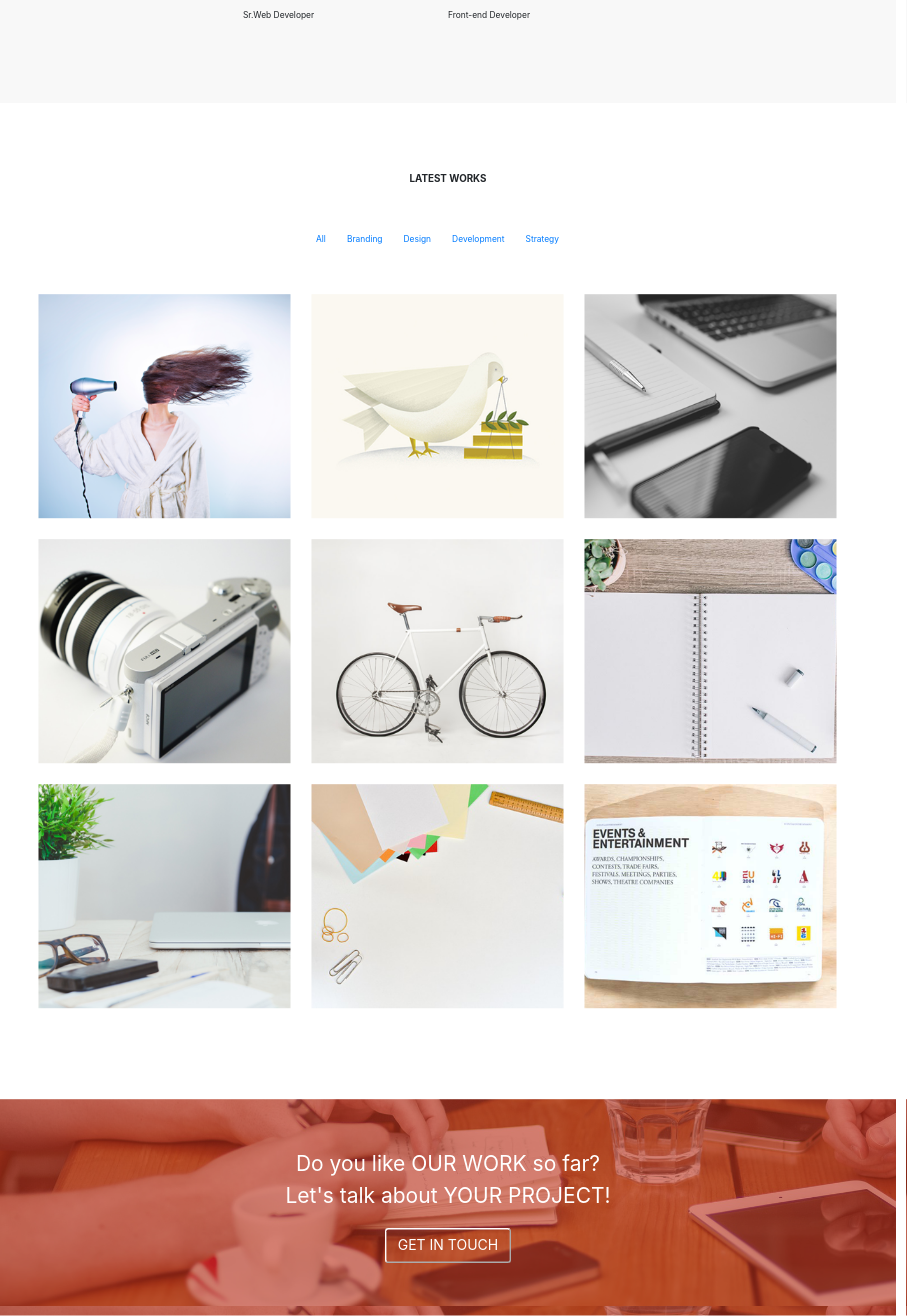
Repository: ivankovaa/HelloWorld
Page: lab5/index.html
The author's editor kept a record of every edit. The page is drawn from the files as they stood at one moment, then again after the next edit.
The browser window is 1280 px wide. The page is 1295 px wide, so the pictures cover 1295 px, including what lies to the right of the window. The pictures show the part of the page from y = 1955 to 3835 px (the page is 3835 px tall), at 70% of full size.

Above is the page before.

### lab5/index.html
<!DOCTYPE html>
<html lang="uk">

<head>

  <meta charset="utf-8">

  <title>Start up</title>

  <link href="bootstrap.min.css" rel="stylesheet">
  <link href="https://fonts.googleapis.com/css?family=Montserrat:400,700&display=swap" rel="stylesheet">

  <link href="style.css" rel="stylesheet">

</head>
<body>
  <header class = "head">
    <div class = "container">
    <div class = "row">
        <div class = "col-lg-2">
            <p class = "startup">Startup</p>
        </div>
        <div class = "col-lg-6">
            <nav>
                <ul class = "menu d-flex justify-content-right">
                    <li class = "menu_item">
                        <a href = "">Home</a>
                    </li>
                    <li class = "menu_item">
                        <a href = "">Services</a>
                    </li>
                    <li class = "menu_item">
                        <a href = "">About</a>
                    </li>
                    <li class = "menu_item">
                        <a href = "">Works</a>
                    </li>
                    <li class = "menu_item">
                        <a href = "">Blog</a>
                    </li>
                    <li class = "menu_item">
                        <a href = "">Clients</a>
                    </li>
                    <li class = "menu_item">
                        <a href = "">Contact</a>
                    </li>
                </ul>

            </nav>
        </div>
    </div>
    <div class = "row">
        <div class = "col-lg-12">
            <h1 class = "welcome d-flex justify-content-center">Welcome to STARTUP</h1>
        </div>
    </div>
    <div class = "row">
        <div class = "col-lg-12">
            <p class = "favourite">Your Favourite Creative Agency Template</p>
        </div>
    </div>
    <div class = "row">
        <div class = "col-lg-12">
            <button type = "submit" id="tr-property" class = "start btn-default btn-lg d-block">GET STARTED</button>
        </div>
    </div>
    </div>
  </header>
  <section class = "services">
      <div class = "row">
        <div class = "col-lg-12">
            <h2 class = "service">SERVICES</h2>
        </div>
    </div>
    <div class = "row">
        <div class = "col-lg-12">
            <p class = "servicestext">We offer ipsum dolor sit amet, consetetur sadipscing elitr amet</p>
        </div>
    </div>
    <div class = "row">
        <div class = "col-lg-12">
            <ul class = "serv d-flex justify-content-center">
                    <li class = "services_item">
                        <img class="services_img" src="FAicon1.png" alt="icon"/>
                        <p class="name">CLEAN TYPOGRAPHY</p>
                        <p class ="aftername">Lorem ipsum dolor sit amet, consectetur adipisicing elit. Minima maxime quam architecto quo inventore harum ex magni, dicta impedit. Lorem ipsum.</p>
                    </li>
                    <li class = "services_item">
                        <img  class="services_img" src="FAicon2.png" alt="icon"/>
                        <p class="name">ROCK SOLID CODE</p>
                        <p class ="aftername">Lorem ipsum dolor sit amet, consectetur adipisicing elit. Minima maxime quam architecto quo inventore harum ex magni, dicta impedit. Lorem ipsum.</p>
                    </li>
                    <li class = "services_item">
                        <img class="services_img" src="img/FAicon3.png" alt="icon"/>
                        <p class="name">EXPERT SUPPORT</p>
                        <p class ="aftername">Lorem ipsum dolor sit amet, consectetur adipisicing elit. Minima maxime quam architecto quo inventore harum ex magni, dicta impedit. Lorem ipsum.</p>
                    </li>
                    </ul>
        </div>
    </div>
  </section>
  <section class = "about_us">
      <div class = "row">
        <div class = "col-lg-12">
            <h3 class = "aboutus">ABOUT US</h3>
        </div>
    </div>
    <div class = "row">
        <div class = "col-lg-12">
            <p class = "aboutus_text">Lorem ipsum dolor sit amet, consetetur sadipscing elitr amet</p>
        </div>
    </div>
    <div class = "row">
        <div class = "col-lg-12">
            <ul class = "about d-flex justify-content-center">
                    <li class = "aboutus_item">
                        <p>Lorem ipsum dolor sit amet, consetetur sadipscing elitr, sediam nonumy eirmod tempor invidunt ut labore et dolore aliquyam erat, sed diam voluptua. At vero eos et accusam et justo dolores et ea rebum. Stet clita kasd gubergren, no sea takimata sanctus est Lorem ipsum dolor sit amet. Lorem ipsum dolor et dolore aliquyam erat. Lorem ipsum dolor sit amet. Lorem ipsum eat.</p>
                    </li>
                    <li class = "aboutus_item">
                        <p>Lorem ipsum dolor sit amet, consetetur sadipscing elitr, sediam nonumy eirmod tempor invidunt ut labore et dolore aliquyam erat, sed diam voluptua. At vero eos et accusam et justo dolores et ea rebum. Stet clita kasd gubergren, no sea takimata sanctus est Lorem ipsum dolor sit amet. Lorem ipsum dolor et dolore aliquyam erat. Lorem ipsum dolor sit amet. Lorem ipsum eat.</p>
                    </li>
                    </ul>
        </div>
    </div>
    <div class = "row">
        <div class = "col-lg-12">
            <ul class = "team d-flex justify-content-center">
                    <li class = "team_item">
                        <img class="team_img" alt="Team" src="img/TeamPic3.png"/>
                        <p class="name">Shamim Mia</p>
                        <p>Sr.Web Developer</p>
                    </li>
                    <li class = "team_item">
                        <img class="team_img" alt="Team" src="img/TeamPic4.png"/>
                        <p class="name">John Doe</p>
                        <p>Front-end Developer</p>
                    </li>
                    </ul>
        </div>
    </div>
  </section>
  <section class = "works">
      <div class = "row">
        <div class = "col-lg-12">
            <h4 class = "work">Latest Works</h4>
        </div>
    </div>
    <div class = "row">
        <div class = "col-lg-12">
            <ul class = "latest d-flex justify-content-center">
                    <li class = "work_item">
                        <a href = "">All</a>
                    </li>
                    <li class = "work_item">
                        <a href = "">Branding</a>
                    </li>
                    <li class = "work_item">
                        <a href = "">Design</a>
                    </li>
                    <li class = "work_item">
                        <a href = "">Development</a>
                    </li>
                    <li class = "work_item">
                        <a href = "">Strategy</a>
                    </li>
                    </ul>
        </div>
    </div>
    <div class = "row">
        <div class = "col-lg-12">
            <div class = "pictures"></div>
            <ul class = "latestworks1 d-flex justify-content-center">
                    <li>
                        <img class = "work_img" alt="work" src = "img/work1.png"/>
                    </li>
                    <li>
                        <img class = "work_img" alt="work" src = "img/work2.png"/>
                    </li>
                    <li>
                        <img class = "work_img" alt="work" src = "img/work3.png"/>
                    </li>
            </ul>
            <ul class = "latestworks2 d-flex justify-content-center">
                    <li class = "work_img">
                        <img alt="work" src = "img/work4.png"/>
                    </li>
                    <li class = "work_img">
                        <img alt="work" src = "img/work5.png"/>
                    </li>
                    <li class = "work_img">
                        <img alt="work" src = "img/work6.png"/>
                    </li>
            </ul>
            <ul class = "latestworks3 d-flex justify-content-center">
                    <li class = "work_img">
                        <img alt="work" src = "img/work7.png"/>
                    </li>
                    <li class = "work_img">
                        <img alt="work" src = "img/work8.png"/>
                    </li>
                    <li class = "work_img">
                        <img alt="work" src = "img/work9.png"/>
                    </li>
            </ul>
        </div>
    </div>
  </section>
  <footer class = "like">
        <div class = "row">
         <div class = "col-lg-12">
            <p class = "do">Do you like OUR WORK so far?</p>
            <p class = "lets">Let's talk about YOUR PROJECT!</p>
            <button type = "submit" class = "touch btn-default btn-lg d-block">GET IN TOUCH</button>
        </div>
    </div>
  </footer>
</body>
</html>

### lab5/style.css
ul, li {
    display: inline-block;
    padding: 0;
    margin: 0;
}

h2, h3, h4 {
    font-size: 14px;
    text-transform: uppercase;
    text-align: center;
    padding-top: 100px;
    font-weight: bold;
}

.h1 {
    text-align: center;
    text-transform: uppercase;
    font-size: 40px;
}

.head {
    background-image: url('img/HomeBackground.png');
    background-size: cover;
    max-height: 100%;
    color: white;
}

.service {
    background-color: white;
}

.about_us{
    background-color: #f8f8f8;
}

.menu {
    padding-top: 40px;
    margin-left: 490px;
    margin-bottom: 160px;
}

.menu_item a {
    color: white;
}

.startup {
    padding-top: 40px;
    font-weight: bold;
}

.menu_item {
    margin-right: 30px;
}

.menu_item a {
    font-size: 12px;
}

.favourite {
    margin-top: 34px;
    text-align: center;
    font-size: 16px;
}

.start {
    margin-top: 36px;
    margin-left: auto;
    margin-right: auto;
    margin-bottom: 206px;
    background: transparent;
    color: white;
    border-color: white;
}

.start btn {
    max-height: 150px;
    max-width: 100px;
    text-align: center;
    font-size: 16px;
}

.service {
    padding-top: 100px;
    text-transform: uppercase;
    text-align: center;
    font-size: 16px;
}

.servicestext {
    margin-top: 62px;
    text-align: center;
    font-size: 16px;
}

.rock {
    margin-top: 190px;
    margin-left: 504px;
    text-transform: uppercase;
}

.services_item {
    text-align: center;
    align-items: center;
    display: inline-block;
}

.services_img {
    padding-top: 70px;
}

.servicestext {
    font-size: 16px;
}
.services_item a {
    text-transform: uppercase;
    font-size: 12px;
}

.services_item name {
    margin-top: 30px;
}

.services_item p {
    font-size: 12px;
    margin-right: 30px;
    max-height: 63px;
    max-width: 365px;
}

.aftername {
    padding-bottom: 100px;
}

.aboutus_text {
    text-align: center;
    font-size: 16px;
    padding-top: 60px;
}

.aboutus_item {
    margin-right: 30px;
    max-height: 100px;
    max-width: 555px;
    padding-top: 74px;
}

.name {
    text-transform: uppercase;
    font-size: 12px;
    margin-top: 15px;
}

.team_item {
    padding-top: 75px;
    padding-bottom: 100px;
}

.team_item p {
    font-size: 12px;
    margin-top: 10px;
}

.team_img {
    margin-top: 75px;
    max-height: 270px;
    max-width: 270px;
    margin-right: 30px;
}

.work {
    padding-top: 100px;
}

.work_item {
    font-size: 12px;
    margin-right: 30px;
    margin-top: 60px;
}

.latestworks1 {
    margin-top: 70px;
}

.latestworks3 {
    padding-bottom: 100px;
}

.work_img {
    max-width: 365px;
    max-height: 365px;
    display: inline-block;
    margin-right: 30px;
    margin-bottom: 30px;
}

.do {
    text-align: center;
    font-size: 30px;
    padding-top: 70px;
    margin-bottom: 0;
    color: white;
}

.lets {
    text-align: center;
    font-size: 30px;
    color: white;
}

.touch {
    margin-top: 24px;
    margin-left: auto;
    margin-right: auto;
    margin-bottom: 75px;
    background: transparent;
    color: white;
    border-color: white;
}

.touch btn {
    max-height: 150px;
    max-width: 100px;
    text-align: center;
    font-size: 16px;
}

.like {
    background-image: url('img/lets-talk.png');
    background-size: 100%;
}

Loaded but not shown: lab5/bootstrap.min.css (library)

After the next edit:
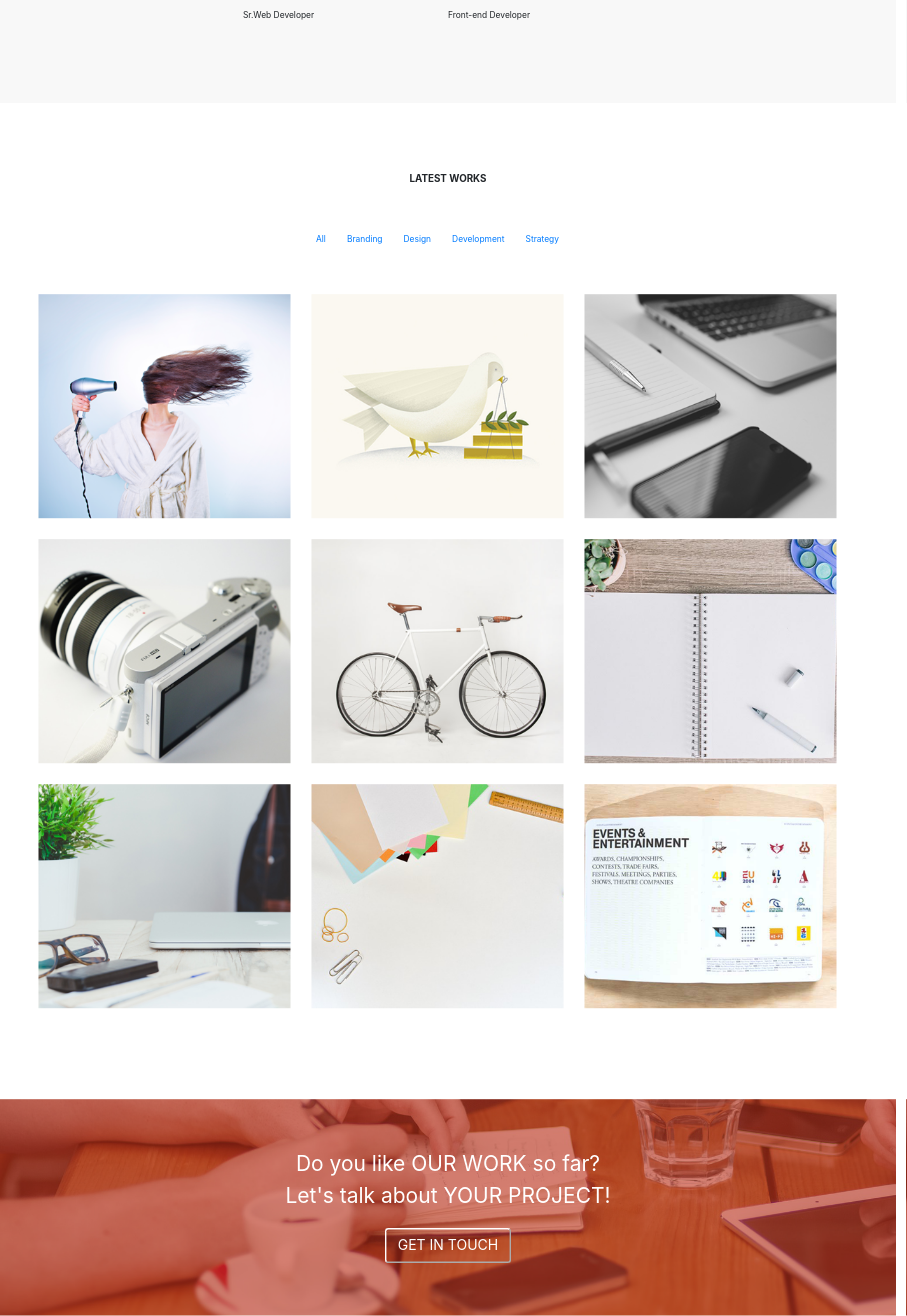
The edit:
--- a/lab5/style.css
+++ b/lab5/style.css
@@ -226,5 +226,5 @@
 
 .like {
     background-image: url('img/lets-talk.png');
-    background-size: 100%;
-}
+    background-size: cover;
+}
